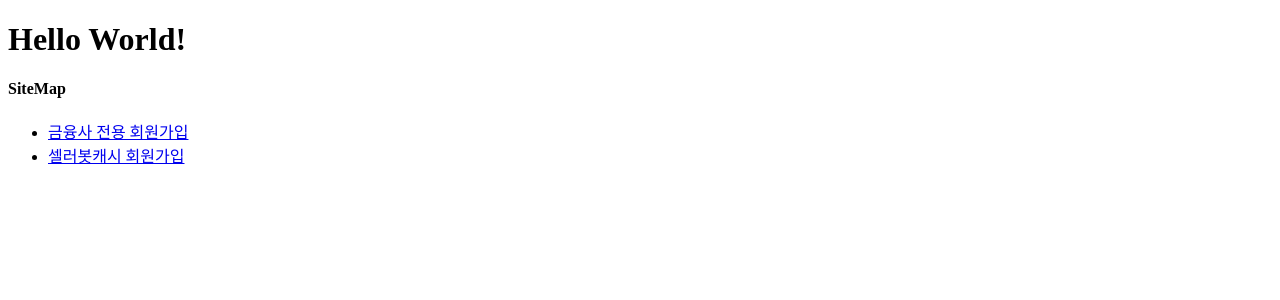
Repository: elemapfelr/ownServer
Page: test-server/web/index.html
These files come from the project's save history. The page is drawn as it stood at one moment and after the next save; the edit follows.
The browser window is 1280 px wide. The pictures show the whole page.

Above is the page before, as saved 2023-03-14 09:35:05.

After the next save:
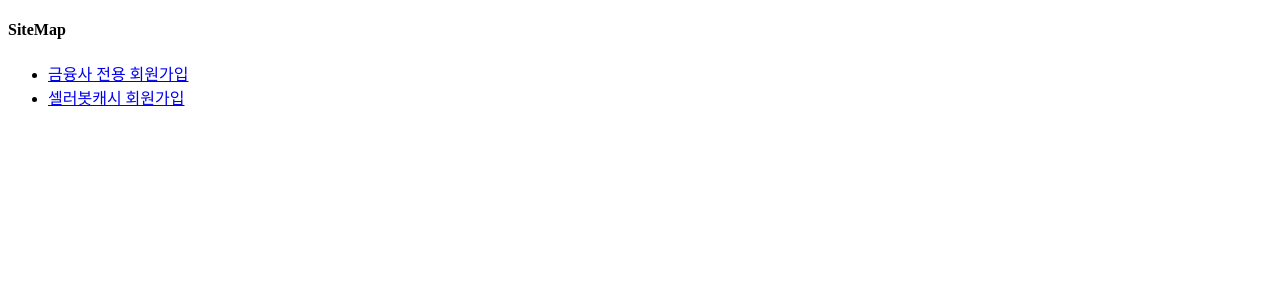
Saved 2 min 15 s later.
--- a/test-server/web/index.html
+++ b/test-server/web/index.html
@@ -9,7 +9,6 @@
 </head>
 
 <body>
-	<h1>Hello World!</h1>
 	<h4>SiteMap</h4>
 	<ul>
 		<li><a href="./ONLY1_KCB_KB_회원가입_NEW/intro.html">금융사 전용 회원가입</a></li>
